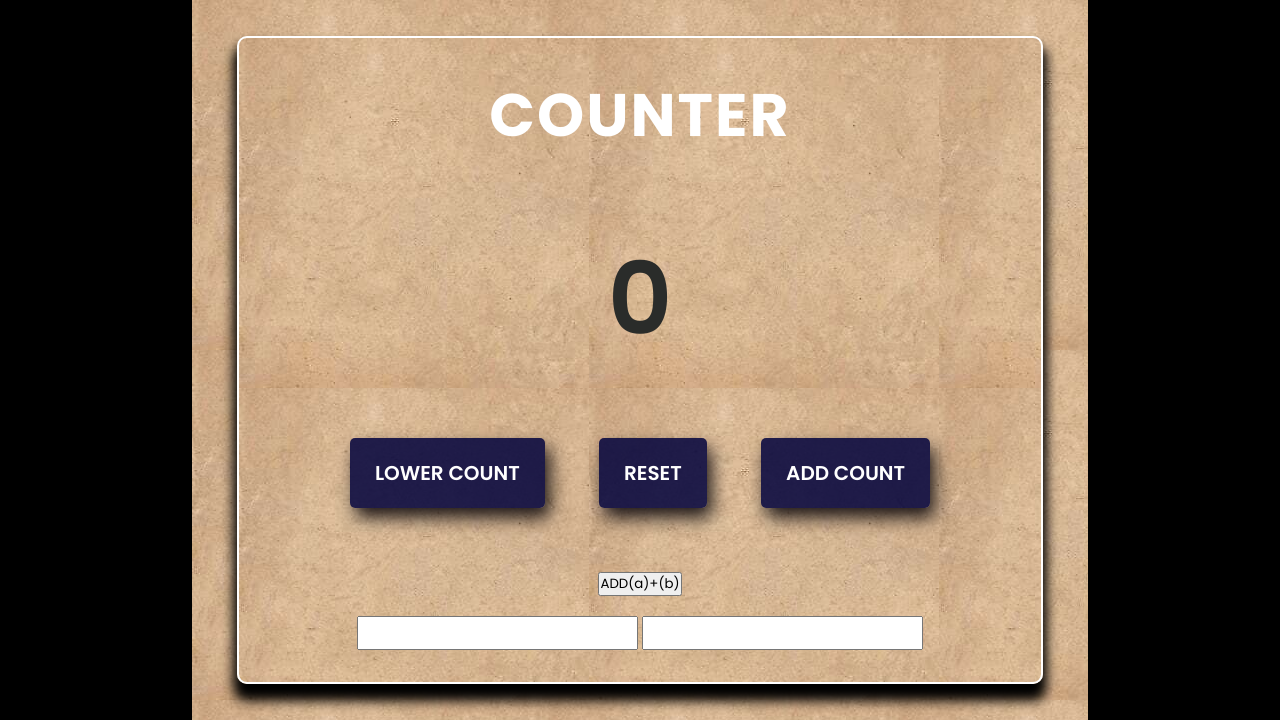
Repository: ArusyakAghajanyan/Counter
Page: index.html
These files come from the project's save history. The page is drawn as it stood at one moment and after a run of saves; the edit follows.
The browser window is 1280 px wide. The pictures show the whole page.

Above is the page before, as saved 2022-02-15 00:54:11.

After the next 4 saves:
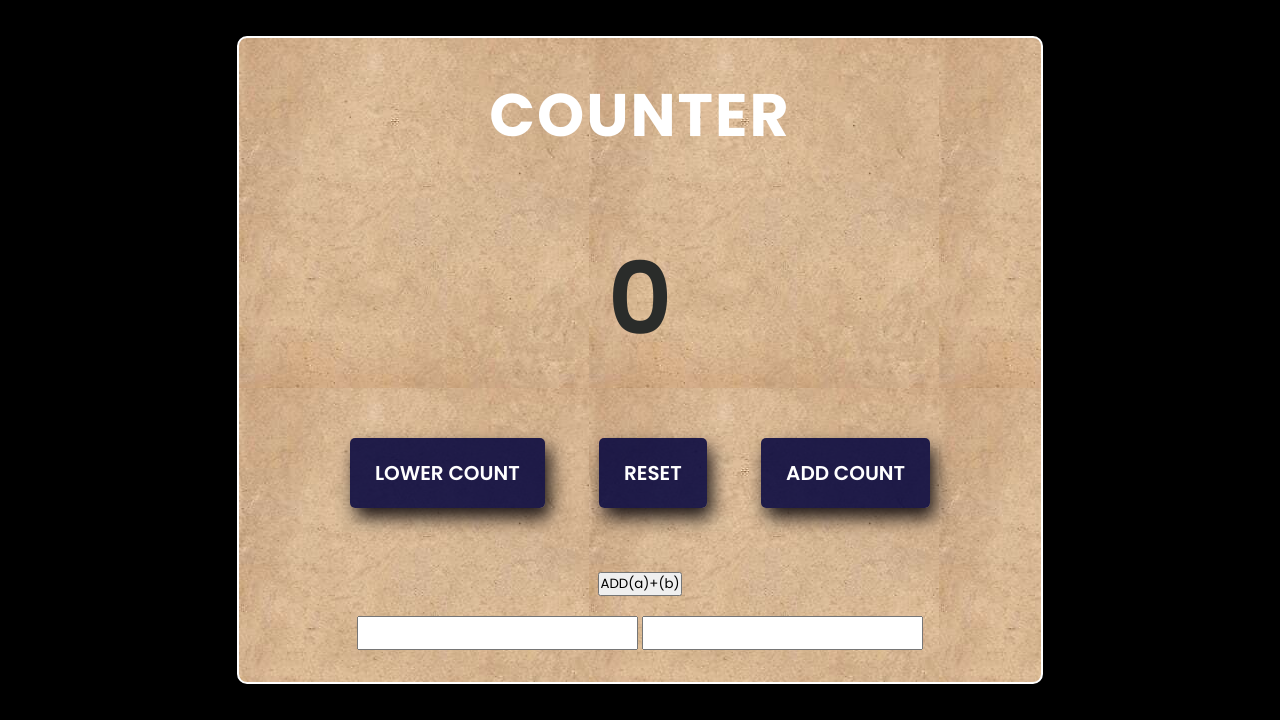
The 4 saves are shown as one change because they came seconds apart.
The last was saved 12 s later.
--- a/style.css
+++ b/style.css
@@ -17,7 +17,7 @@
 }
 
 .parent {
-    background-image: url("./Caesar-Materica-Ocra-Grip-225x453-cm-AFU6-Casa39.jpg");
+    background-image: url(./image/Caesar-Materica-Ocra-Grip-225x453-cm-AFU6-Casa39.jpg)
     position: relative;
     width: 70%;
     height: 100%;

After the save that followed:
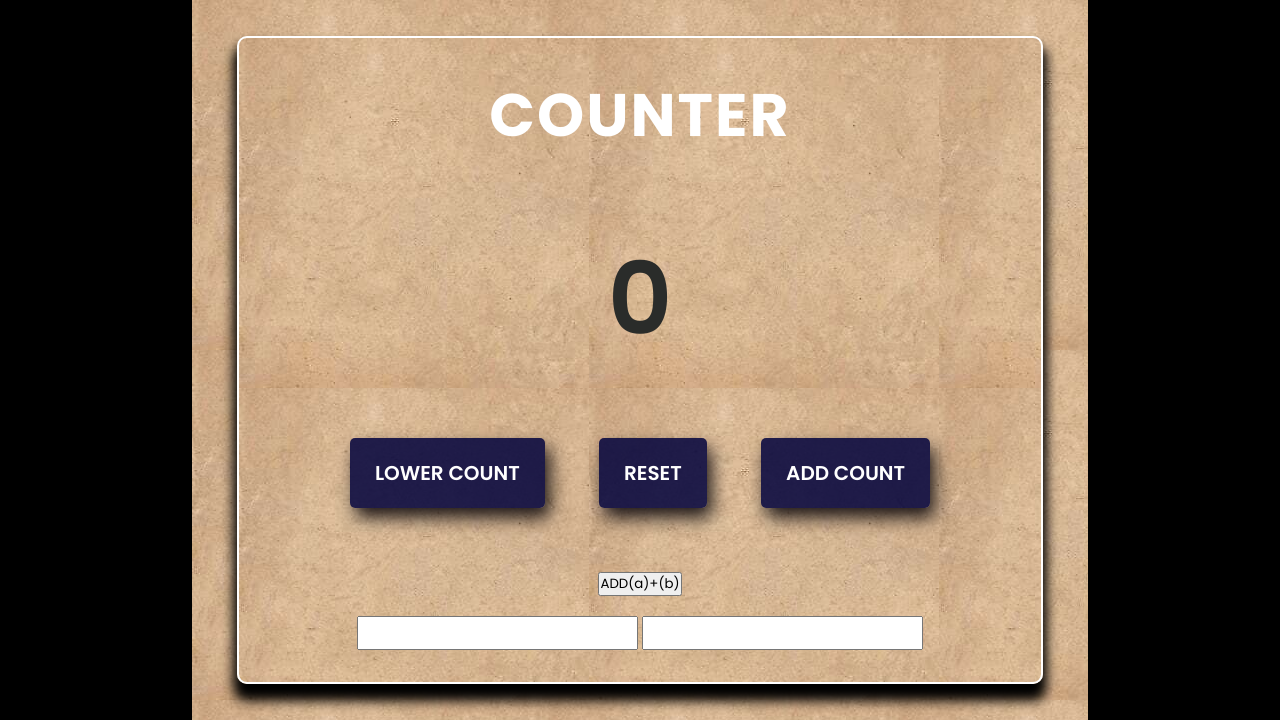
Saved 17 s later.
--- a/style.css
+++ b/style.css
@@ -17,7 +17,7 @@
 }
 
 .parent {
-    background-image: url(./image/Caesar-Materica-Ocra-Grip-225x453-cm-AFU6-Casa39.jpg)
+    background-image: url(./image/Caesar-Materica-Ocra-Grip-225x453-cm-AFU6-Casa39.jpg);
     position: relative;
     width: 70%;
     height: 100%;
